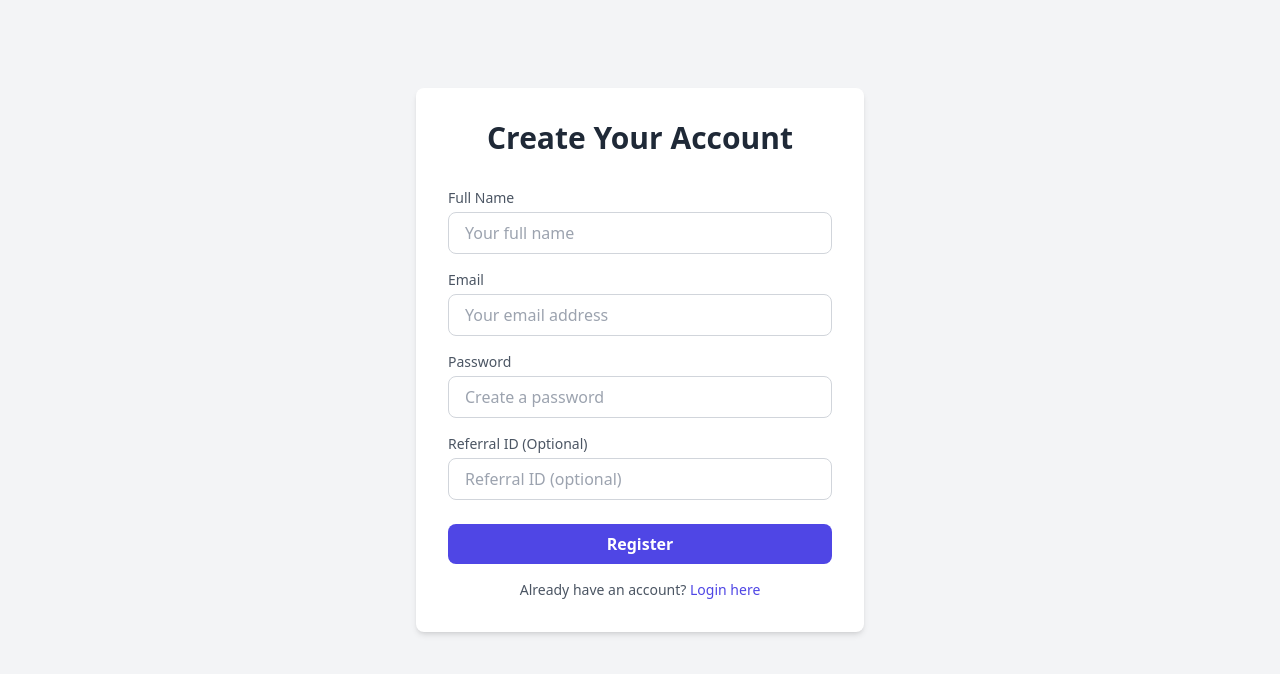
Repository: Lista-KM/church-platform
Page: http://localhost/register.php
These files come from the project's save history. The page is drawn as it stood at one moment and after the next save; the edit follows.
The browser window is 1280 px wide. The pictures show the whole page.
Some web libraries are served in a nearby version. The page is run by PHP 8.4 with error messages shown; the project is at /var/www/html/.

Above is the page before, as saved 2025-04-15 19:10:55.

After the next save:
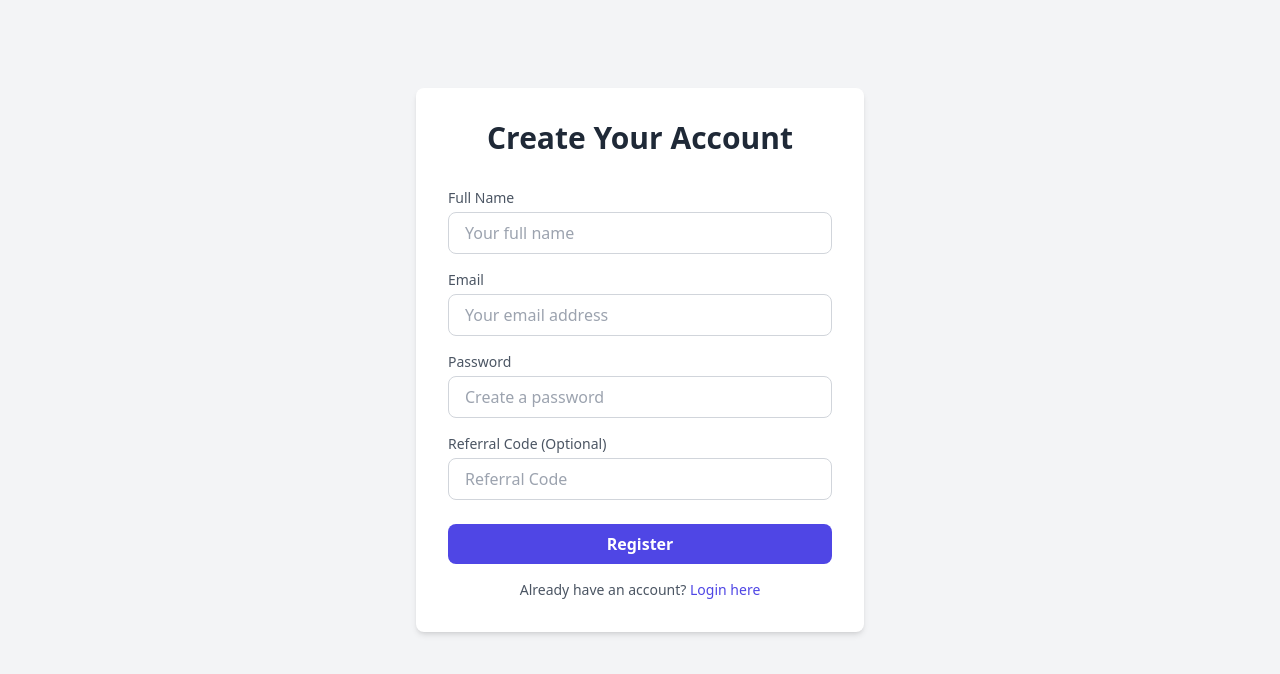
Saved 6 min 24 s later.
--- a/register.php
+++ b/register.php
@@ -1,13 +1,16 @@
 <?php
 include 'includes/db.php';
 include 'includes/functions.php';
+
+// Pre-fill referral from URL if available
+$referralCode = $_GET['ref'] ?? ($_POST['referral'] ?? null);
+$referralId = null;
 
 if ($_SERVER['REQUEST_METHOD'] === 'POST') {
     $name = sanitize($_POST['name']);
     $email = sanitize($_POST['email']);
     $password = password_hash($_POST['password'], PASSWORD_DEFAULT);
     $referralCode = sanitize($_POST['referral'] ?? null);
-    $referralId = null;
 
     // Lookup referrer by referral code
     if ($referralCode) {
@@ -22,7 +25,7 @@ if ($_SERVER['REQUEST_METHOD'] === 'POST') {
 
     // Generate referral code for this new user
     $lastInsertId = $pdo->lastInsertId();
-    $generatedCode = substr(md5($name . $email . $lastInsertId), 0, 8);
+    $generatedCode = strtoupper(substr(md5($name . $email . $lastInsertId), 0, 8));
     $update = $pdo->prepare("UPDATE users SET referral_code = ? WHERE id = ?");
     $update->execute([$generatedCode, $lastInsertId]);
 
@@ -30,7 +33,6 @@ if ($_SERVER['REQUEST_METHOD'] === 'POST') {
     exit();
 }
 ?>
-
 
 <!DOCTYPE html>
 <html lang="en">
@@ -61,8 +63,10 @@ if ($_SERVER['REQUEST_METHOD'] === 'POST') {
       </div>
 
       <div class="mb-6">
-        <label for="referral" class="block text-sm font-medium text-gray-600">Referral ID (Optional)</label>
-        <input type="text" name="referral" id="referral" placeholder="Referral ID (optional)" class="mt-1 block w-full px-4 py-2 border border-gray-300 rounded-lg focus:outline-none focus:ring-2 focus:ring-indigo-500 focus:border-indigo-500">
+        <label for="referral" class="block text-sm font-medium text-gray-600">Referral Code (Optional)</label>
+        <input type="text" name="referral" id="referral" placeholder="Referral Code" class="mt-1 block w-full px-4 py-2 border border-gray-300 rounded-lg focus:outline-none focus:ring-2 focus:ring-indigo-500 focus:border-indigo-500" value="<?php echo htmlspecialchars($referralCode ?? ''); ?>">
+        <!-- Optional: Add 'readonly' if you don't want users to change it -->
+        <!-- readonly -->
       </div>
 
       <button type="submit" class="w-full py-2 px-4 bg-indigo-600 text-white font-semibold rounded-lg hover:bg-indigo-700 focus:outline-none focus:ring-2 focus:ring-indigo-500 focus:ring-opacity-50">
